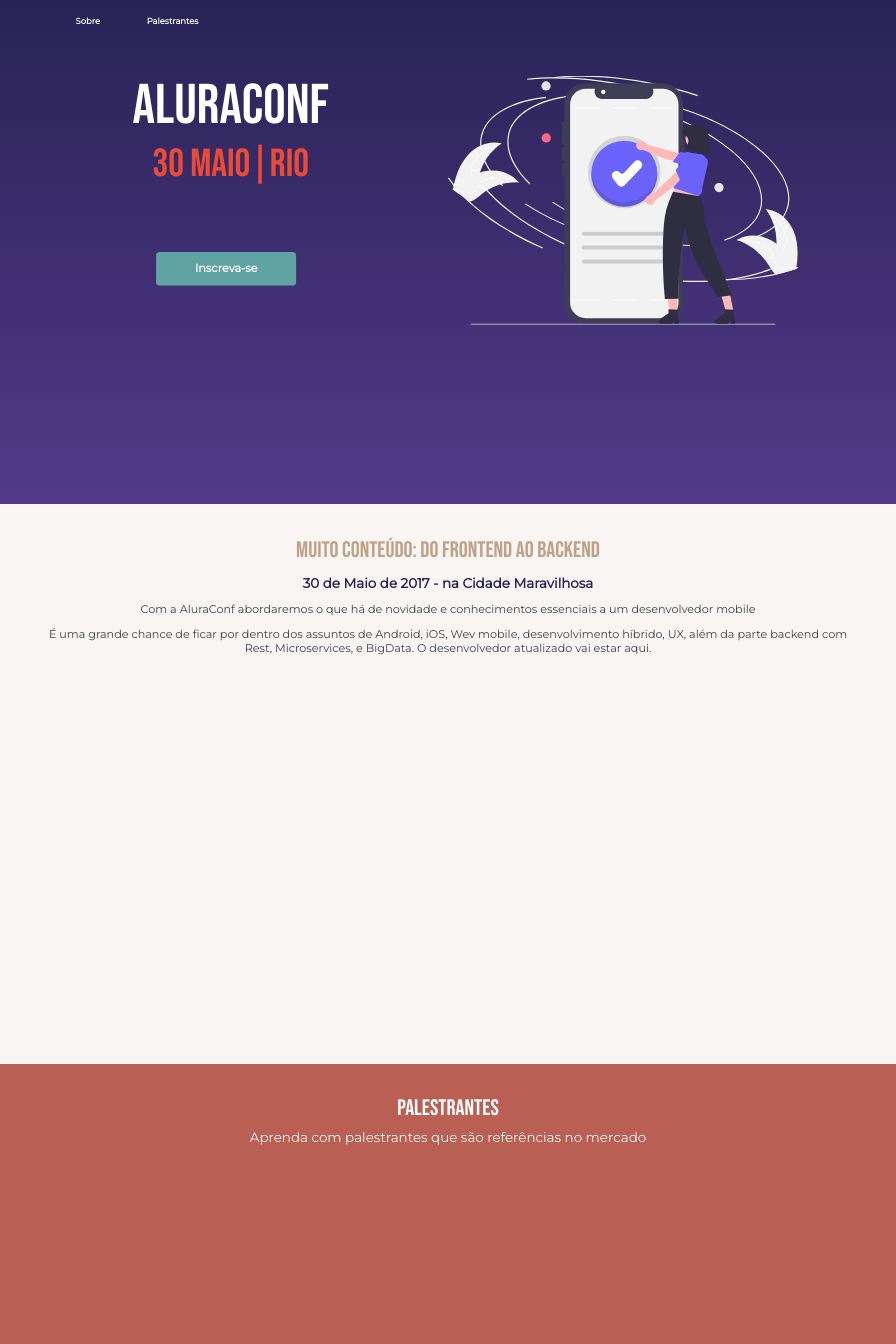
Repository: tomoliveira1/aluraconf
Page: index.html
The author's editor kept a copy of each file at every save. The page is drawn from the files as they stood at one save, then again after the next save.
The browser window is 1280 px wide. The pictures show the part of the page from y = 0 to 1920 px (the page is 2856 px tall), at 70% of full size.

Above is the page before, as saved 2021-10-12 21:16:30.

### index.html
<!-- PROJETO FINAL - ALURACONF -->

<!DOCTYPE html>
<html lang="pt-br">
  <head>
    <meta charset="UTF-8" />
    <meta http-equiv="X-UA-Compatible" content="IE=edge" />
    <meta name="viewport" content="width=device-width, initial-scale=1.0" />
    <title>AluraConf</title>

    <link rel="stylesheet" href="/aluraconf/css/reset.css" />
    <link rel="stylesheet" href="/aluraconf/css/base.css" />

    <link rel="stylesheet" href="aluraconf/css/header.css" />
    <link rel="stylesheet" href="aluraconf/css/about.css" />
    <link rel="stylesheet" href="aluraconf/css/palestrantes.css" />
    <link rel="stylesheet" href="aluraconf/css/form.css" />

    <link rel="preconnect" href="https://fonts.googleapis.com" />
    <link rel="preconnect" href="https://fonts.gstatic.com" crossorigin />
    <link
      href="https://fonts.googleapis.com/css2?family=Bebas+Neue&family=Montserrat:wght@300;400&display=swap"
      rel="stylesheet"
    />
  </head>
  <body>
    <header class="header container">
      <nav class="header_nav">
        <ul>
          <li class="header_link"><a href="">Sobre</a></li>
          <li class="header_link"><a href="">Palestrantes</a></li>
        </ul>
      </nav>

      <div class="header_text">
        <h1 class="header_title">AluraConf</h1>
        <h1 class="header_subtitle">30 Maio|Rio</h1>
      </div>

      <a class="header_button button" href="#">Inscreva-se</a>

      <img class="header_image" src="aluraconf/img/phone.svg" alt="ilustração de uma pessoa usando um computador">
    </header>

    <main>
      <section class="about container">
        <h1>Muito conteúdo: do frontend ao backend</h1>
        <h2>30 de Maio de 2017 - na Cidade Maravilhosa</h2>
        <p>
          Com a AluraConf abordaremos o que há de novidade e conhecimentos
          essenciais a um desenvolvedor mobile
        </p>
        <p>
          É uma grande chance de ficar por dentro dos assuntos de Android, iOS,
          Wev mobile, desenvolvimento híbrido, UX, além da parte backend com
          Rest, Microservices, e BigData. O desenvolvedor atualizado vai estar
          aqui.
        </p>
      </section>

      <section class="palestrantes container">
        <h1>Palestrantes</h1>
        <h2>Aprenda com palestrantes que são referências no mercado</h2>
      </section>

      <section class="form container">
        <h1>seus dados</h1>
        <div>
          <form>
            <label class="custom_field">
              <input
                class="form_input"
                type="text"
                id="nome"
                placeholder="Nome Completo"
              />
            </label>

            <label class="custom_field">
              <input
                class="form_input"
                type="text"
                id="email"
                placeholder="Email"
              />
            </label>
          </form>

          <a class="submit_button button">Enviar</a>
        </div>
      </section>
    </main>
  </body>
</html>

### aluraconf/css/base.css
/* Cores */
:root {
  --white: #fff;
  --beige: #bea187;
  --light-beige: #F8F5F2;
  --red: #eb4b36;
  --bg-orange: #BA5F53;
  --bg-color-darker: #282355;
  --bg-color-lighter: #533a8a;
  --text-color: #3f434f;
  --button: #5fa3a3;
  --clr-primary: #651fff;
  --clr-gray: #37474f;
  --clr-gray-light: #b0bec5;
  --input: #d5d5d5;

  --bebas-neue: "Bebas Neue", cursive;
  --montserrat: "Montserrat", sans-serif;
}

body {
  font-family: "Bebas Neue", cursive;
  font-family: "Montserrat", sans-serif;
}

.container {
  padding-right: 6%;
  padding-left: 6%;
}

.button {
  background-color: var(--button);
  color: var(--white);
  font-weight: 600;
  text-align: center;
  display: block;
  max-width: 400px;
  box-sizing: border-box;
  padding: 1rem 2rem;
  border-radius: 5px;
}

### aluraconf/css/header.css
.header {
  background-image: linear-gradient(var(--bg-color-darker), var(--bg-color-lighter) );

  width: 100%;
  min-height: 100vh;

  box-sizing: border-box;

  display: flex;
  flex-direction: column;
  align-items: center;

  padding-top: 0.75rem;
  padding-bottom: 0.75rem;
}

.header_nav {
  text-align: center;
}

.header_link {
  color: var(--white);
  font-size: 1rem;
  font-weight: 600;

  display: inline-block;

  margin-right: 0.7rem;
  margin-bottom: 4rem;
  margin-left: 0.7rem;

  padding: 0.75rem 1.25rem;
}

.header_title {
  font-family: "Bebas Neue", cursive;
  color: var(--white);
  font-size: 5rem;
}

.header_subtitle {
  font-family: "Bebas Neue", cursive;
  font-size: 3.5rem;
  color: var(--red);
  margin-bottom: 6rem;
}

.header_button {
  width: 100%;
}

.header_image {
  display: none;
}

@media screen and (min-width: 1024px) {

  .header_button {
    margin-left: 13%;
    width: 200px;
  }

  .header_text {
    margin-left: 10%;
  }

  .header {
    align-items: start;
  }

  .header_link {
    align-content: center;
    font-size: .75rem;
    position: relative;
  }

  .header_image {
    width: 500px;
    display: flex;
    position: absolute;
    left: 50%;
    top: 15%;
  }
}

### aluraconf/css/about.css
.about {
  background-color: var(--light-beige);
  min-height: 100vh;
  padding: 3rem 5% 2rem;
  line-height: 1.2;
}

.about h1 {
  font-family: "Bebas Neue", cursive;
  color: var(--beige);
  text-transform: uppercase;
  text-align: center;
  font-size: 2rem;
  margin-bottom: 1rem;
}

.about h2 {
  color: var(--bg-color-darker);
  font-family: "Montserrat", sans-serif;
  font-weight: bold;
  text-align: center;
  font-size: 1.2rem;
  margin-bottom: 1rem;
}

.about p {
  color: var(--text-color);
  width: 100%;
  display: block;
  text-align: center;
  margin-bottom: 1rem;
  margin-right: 0;
}

### aluraconf/css/palestrantes.css


.palestrantes {
    background-color: var(--bg-orange);
    min-height: 100vh;
    padding: 3rem 5% 2rem;
}

h1 {
    font-family: "Bebas Neue", cursive;
    color: var(--white);
    text-transform: uppercase;
    text-align: center;
    font-size: 2rem;
    margin-bottom: 1rem;
}

h2 {
    font-family: var(--montserrat);
    color: var(--light-beige);
    text-align: center;
    font-size: 1.2rem;
    margin-bottom: 1rem;
}

### aluraconf/css/form.css
.form {
    display: flex;
    flex-direction: column;
    background-color: var(--light-beige);
    min-height: 70vh;
    padding-top: 2rem;
    align-items: center;
}

.form h1 {
    font-family: "Bebas Neue", cursive;
    color: var(--beige);
    text-transform: uppercase;
    text-align: center;
    font-size: 2rem;
    margin-bottom: 1rem;
}

.custom_field {
    position: relative;
    font-size: 14px;
    padding-top: 20px;
    margin-bottom: 5px;
}

.custom_field input {
    width: 100%;
    box-sizing: border-box;
    border: none;
    appearance: none;
    background: var(--input);
    padding: 12px;
    border-radius: 3px;
    margin-top: 2rem;
    outline: none;
    font-size: 14px;
}

.curstom_field span {
    position: absolute;
    left: 12px;
    top: 50%;
}

input:focus::placeholder {
    color: transparent;
}

input::placeholder {
    color: #222;
    transition: color 0.3s ease;
}

.submit_button {
    width: 100%;
    margin-top: 3rem;
    cursor: pointer;
}

Loaded but not shown: aluraconf/css/reset.css (common file)

After the next save:
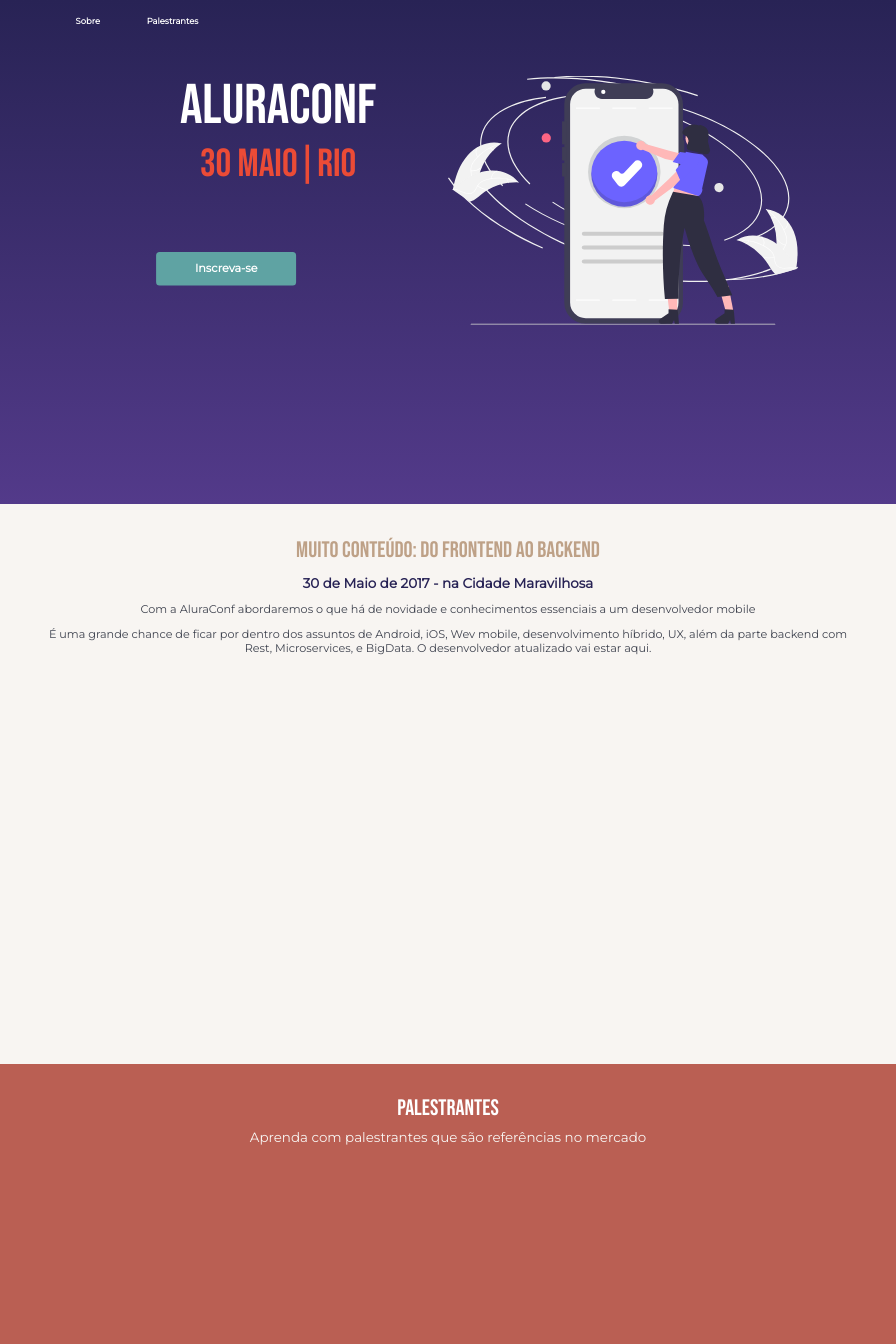
Saved 28 s later.
--- a/index.html
+++ b/index.html
@@ -32,7 +32,7 @@
         </ul>
       </nav>
 
-      <div class="header_text">
+      <div class="header_text container">
         <h1 class="header_title">AluraConf</h1>
         <h1 class="header_subtitle">30 Maio|Rio</h1>
       </div>
